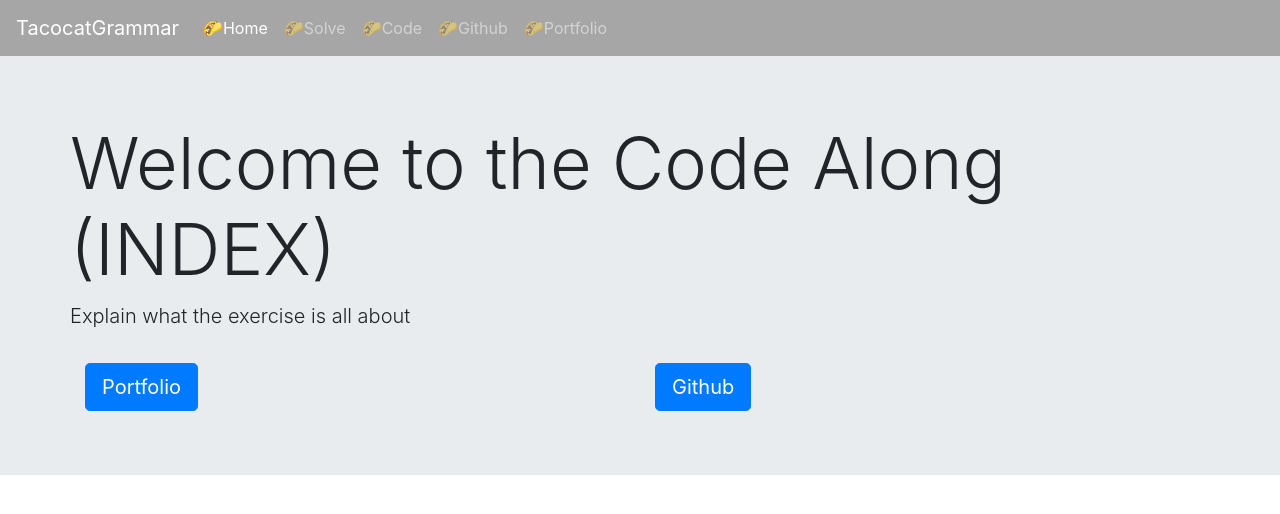
Repository: zhadjah9559/TacocatGrammar
Page: index.html
The author's editor kept a copy of each file at every save. The page is drawn from the files as they stood at one save, then again after the next save.
The browser window is 1280 px wide. The pictures show the whole page.

Above is the page before, as saved 2021-01-14 19:53:26.

### index.html
<!doctype html>
<html lang="en">
  <head>
    <title>Index</title>
    <!-- Required meta tags -->
    <meta charset="utf-8">
    <meta name="viewport" content="width=device-width, initial-scale=1, shrink-to-fit=no">

    <!-- Bootstrap CSS -->
    <link rel="stylesheet" href="https://stackpath.bootstrapcdn.com/bootstrap/4.3.1/css/bootstrap.min.css" integrity="sha384-ggOyR0iXCbMQv3Xipma34MD+dH/1fQ784/j6cY/iJTQUOhcWr7x9JvoRxT2MZw1T" crossorigin="anonymous">
    <link rel="stylesheet" href="">
  </head>
  <body>

    <nav class="navbar navbar-expand-sm navbar-dark" style="background-color:  #A6A6A6">
        <a class="navbar-brand" href="#">TacocatGrammar</a>
        <button class="navbar-toggler d-lg-none" type="button" data-toggle="collapse" data-target="#collapsibleNavId" aria-controls="collapsibleNavId"
            aria-expanded="false" aria-label="Toggle navigation"></button>
        <div class="collapse navbar-collapse" id="collapsibleNavId">
            <ul class="navbar-nav mr-auto mt-2 mt-lg-0">
                <li class="nav-item active">
                    <a class="nav-link" href="index.html">🌮Home <span class="sr-only">(current)</span></a>
                </li>
                <li class="nav-item">
                    <a class="nav-link" href="solve.html">🌮Solve </a>
                </li>
                <li class="nav-item">
                    <a class="nav-link" href="code.html">🌮Code </a>
                </li>
                <li class="nav-item">
                    <a class="nav-link" target="_blank" href="https://github.com/zhadjah9559/SunsetHills">🌮Github</a>
                </li>
                <li class="nav-item">
                    <a class="nav-link" target="_blank" href="https://www.zacharyhadjah.netlify.app">🌮Portfolio</a>
                </li>
            </ul>
        </div>
    </nav>


    <div class="jumbotron jumbotron-fluid">
        <div class="container">
            <div class="row">
                <h1 class="display-3">Welcome to the Code Along (INDEX)</h1>
                <p class="lead">Explain what the exercise is all about</p>
                <hr class="my-2">
            </div>

            <div class="row justify-content-center mt-3">
                <div class="col">
                    <a class="btn btn-primary btn-lg" target="_blank" href="https://zacharyhadjah.netlify.app/" role="button">Portfolio</a>
                </div>
                <div class="col">
                    <a class="btn btn-primary btn-lg" target="_blank" href="https://github.com/zhadjah9559" role="button">Github</a>
                </div>
            </div>
        </div>
        </div>


    </div>



    <!-- Optional JavaScript -->
    <!-- jQuery first, then Popper.js, then Bootstrap JS -->
    <script src="https://code.jquery.com/jquery-3.3.1.slim.min.js" integrity="sha384-q8i/X+965DzO0rT7abK41JStQIAqVgRVzpbzo5smXKp4YfRvH+8abtTE1Pi6jizo" crossorigin="anonymous"></script>
    <script src="https://cdnjs.cloudflare.com/ajax/libs/popper.js/1.14.7/umd/popper.min.js" integrity="sha384-UO2eT0CpHqdSJQ6hJty5KVphtPhzWj9WO1clHTMGa3JDZwrnQq4sF86dIHNDz0W1" crossorigin="anonymous"></script>
    <script src="https://stackpath.bootstrapcdn.com/bootstrap/4.3.1/js/bootstrap.min.js" integrity="sha384-JjSmVgyd0p3pXB1rRibZUAYoIIy6OrQ6VrjIEaFf/nJGzIxFDsf4x0xIM+B07jRM" crossorigin="anonymous"></script>
  </body>
</html>

### css/custom.css
.navbar-dark .navbar-nav .active>.nav-link{
    color:black;
}
.navbar-dark .navbar-nav .nav-link{
    color:black;
}
.navbar .navbar-brand{
    color:black;
}

.navbar-dark .navbar-nav .nav-link{
    color:black;
}

After the next save:
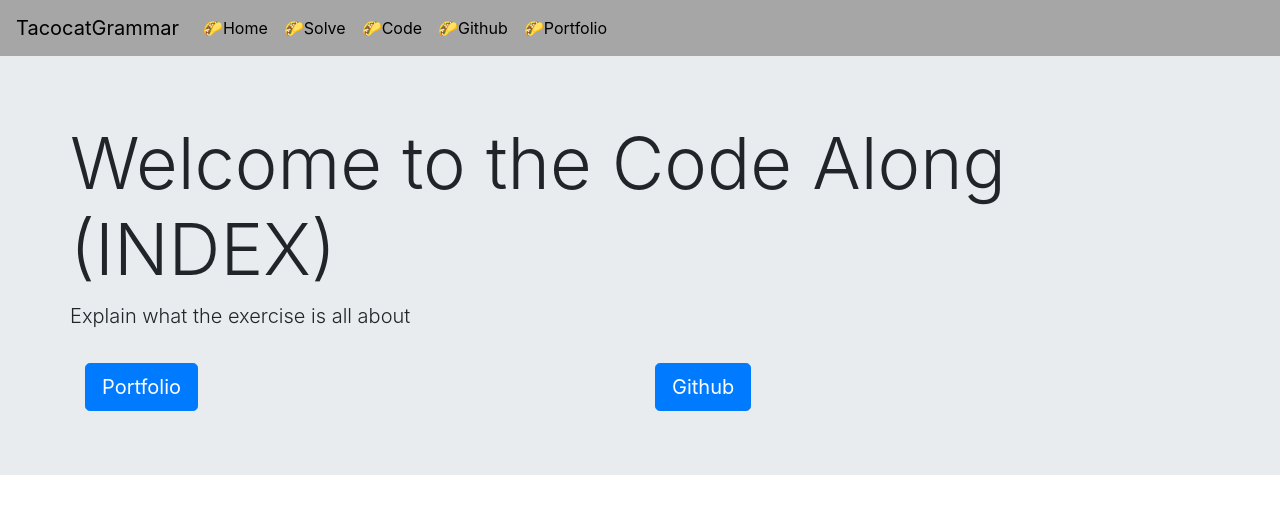
Saved 5 s later.
--- a/index.html
+++ b/index.html
@@ -8,7 +8,7 @@
 
     <!-- Bootstrap CSS -->
     <link rel="stylesheet" href="https://stackpath.bootstrapcdn.com/bootstrap/4.3.1/css/bootstrap.min.css" integrity="sha384-ggOyR0iXCbMQv3Xipma34MD+dH/1fQ784/j6cY/iJTQUOhcWr7x9JvoRxT2MZw1T" crossorigin="anonymous">
-    <link rel="stylesheet" href="">
+    <link rel="stylesheet" href="css/custom.css">
   </head>
   <body>
 
